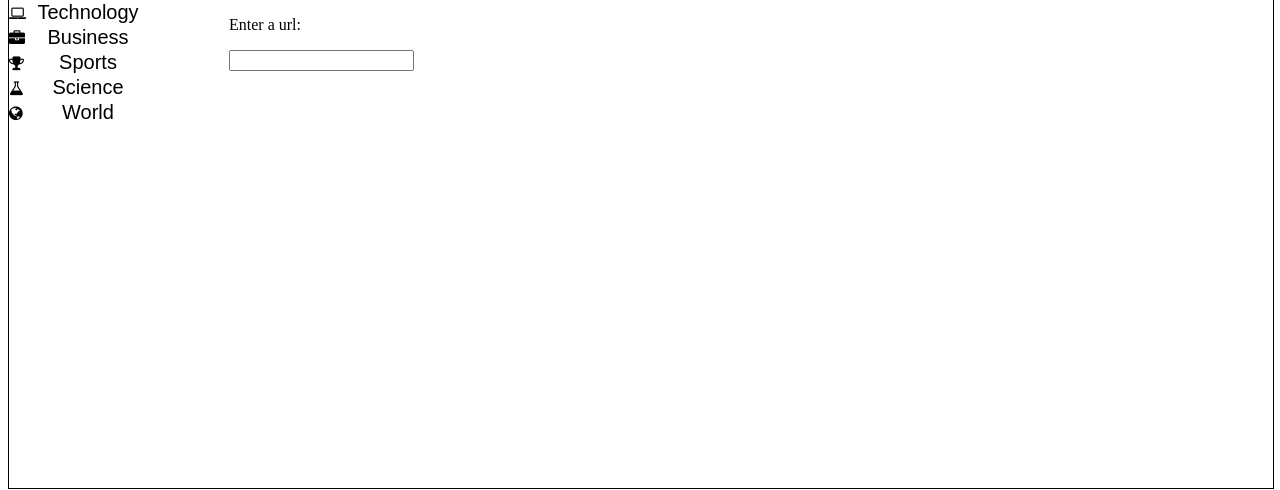
Repository: prm2711/javaapps
Page: http://localhost/RSSFeedProject/
An editor plug-in stored every save of this project. The page is shown before and after the next save, followed by the edit.
The browser window is 1280 px wide. The pictures show the part of the page from y = 121 to 611 px (the page is 1025 px tall).
Pictures or frames that could not be fetched are drawn as grey boxes. The page is served by Tomcat 9.

Above is the page before, as saved 2018-01-19 04:01:38.

After the next save:
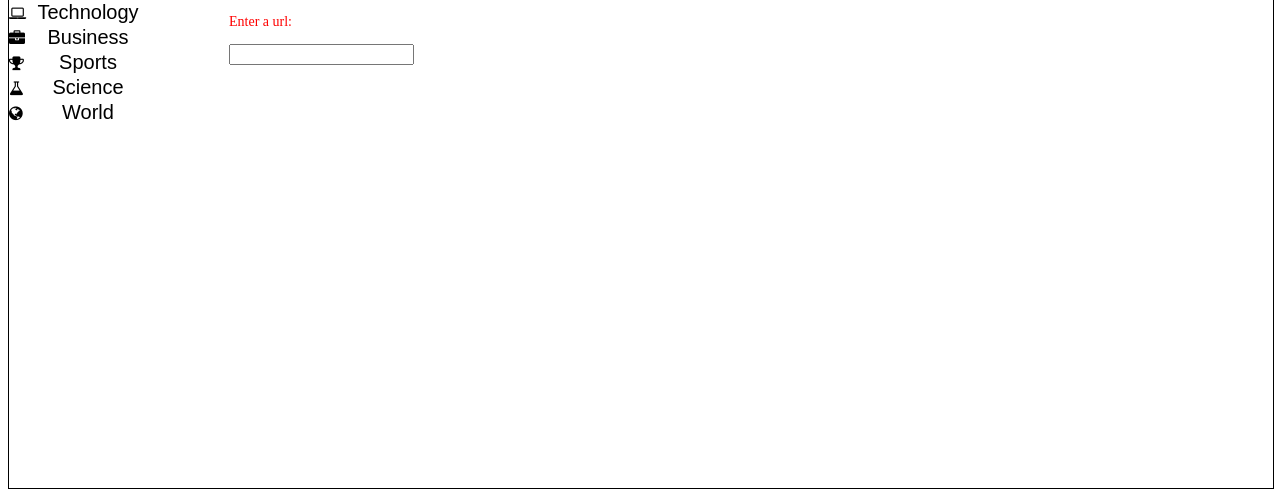
Saved 31 s later.
--- a/eclipse-workspace/RSSFeedProject/WebContent/css/styles.css
+++ b/eclipse-workspace/RSSFeedProject/WebContent/css/styles.css
@@ -29,6 +29,10 @@ i {
 	width: 15px;
 }
 
+p {
+	color: red;
+	font-size: 14px;
+}
 .business {
 	background: white;
 	width: 120px;
